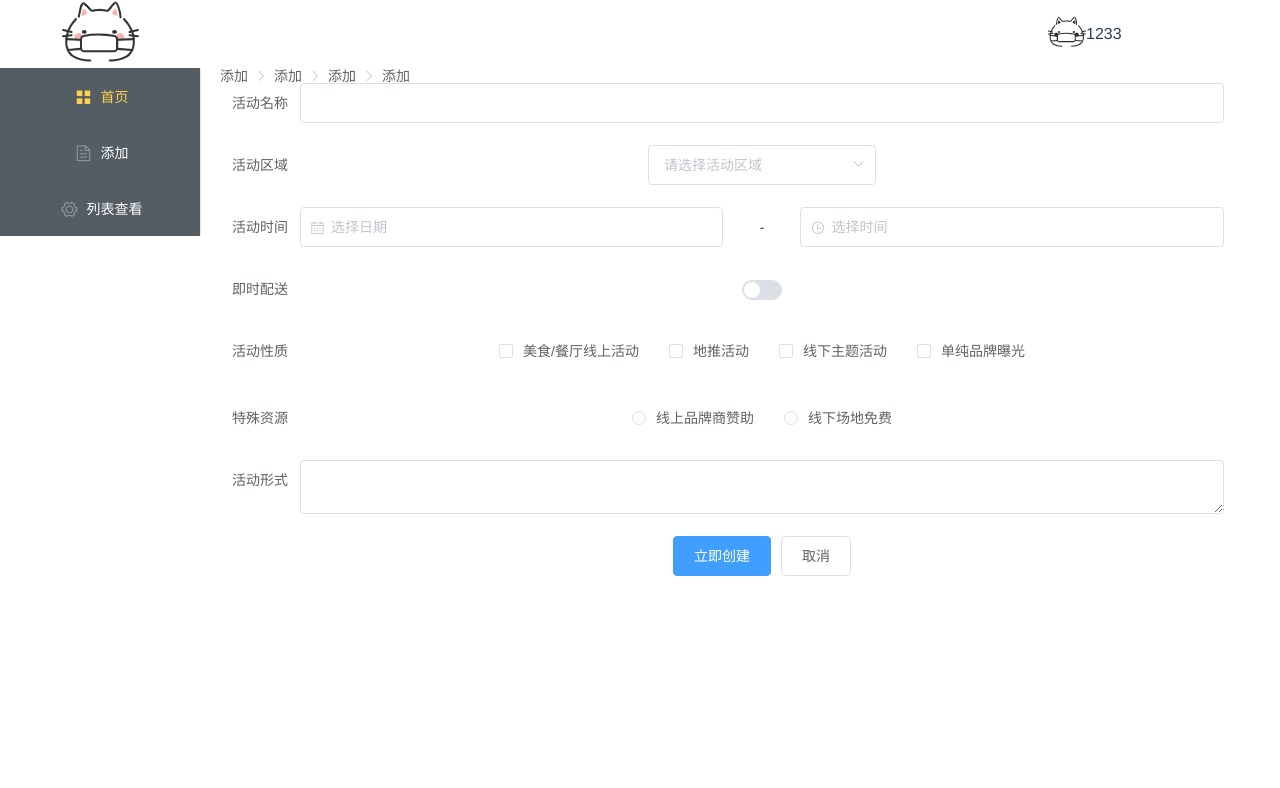
Repository: faintout/backMng
Page: /#/addList (app in backmng/)
These files come from the project's save history. The page is drawn as it stood at one moment and after the next save; the edit follows.
The browser window is 1280 px wide. The pictures show the whole page.
The project was rebuilt for these pictures with package versions that can differ from the ones it lists, and the page was loaded fresh each time. Also part of the build but not shown: backmng/vue.config.js, backmng/src/views/_index.vue, backmng/src/views/list.vue.

Above is the page before, as saved 2020-12-30 16:32:40.

After the next save:
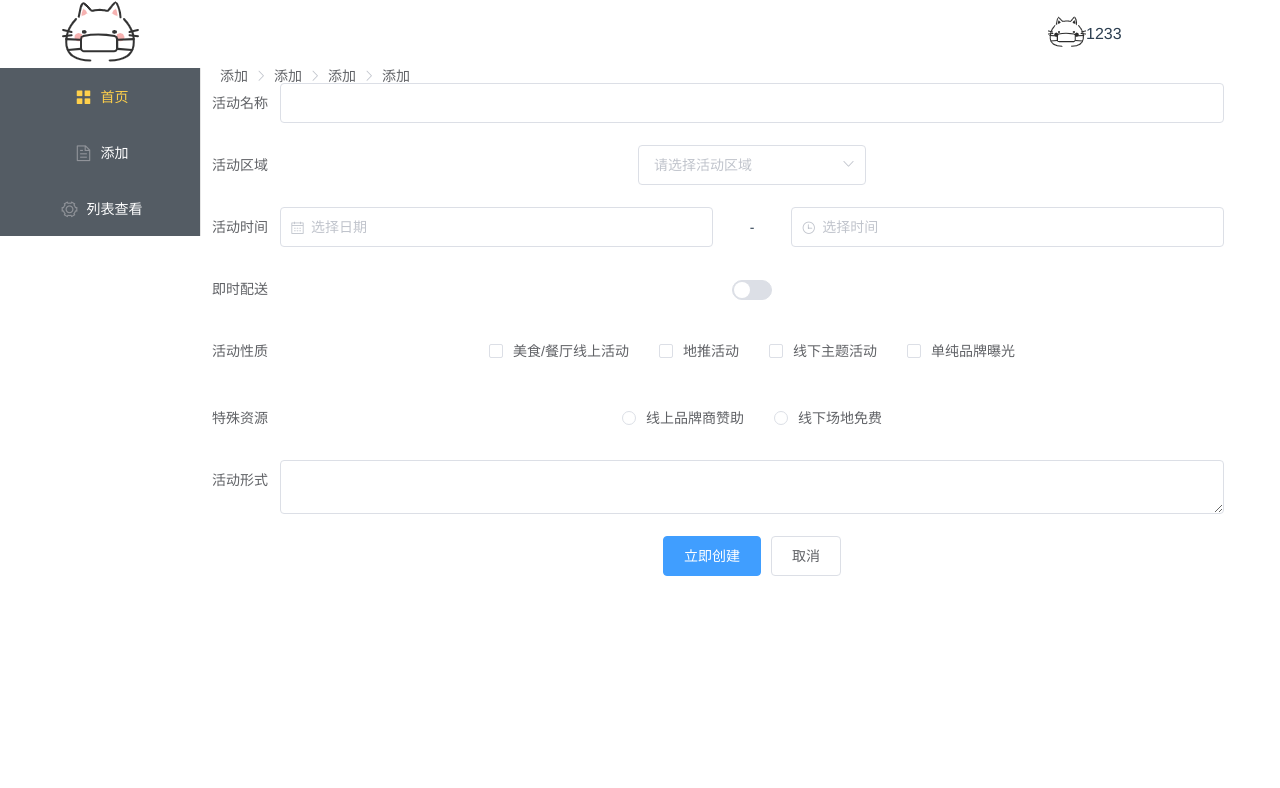
Saved 14 s later.
--- a/backmng/src/views/layout.vue
+++ b/backmng/src/views/layout.vue
@@ -25,8 +25,8 @@
         </div>
         <div style="width:80%;float:left">
             <header-top></header-top>
-            <div class="content" style="margin: 5px 0 0 20px;">
-                <el-breadcrumb separator-class="el-icon-arrow-right">
+            <div class="content">
+                <el-breadcrumb separator-class="el-icon-arrow-right"  style="margin: 5px 0 0 20px;">
                     <el-breadcrumb-item>{{$route.name}}</el-breadcrumb-item>
                     <el-breadcrumb-item>{{$route.name}}</el-breadcrumb-item>
                     <el-breadcrumb-item>{{$route.name}}</el-breadcrumb-item>
